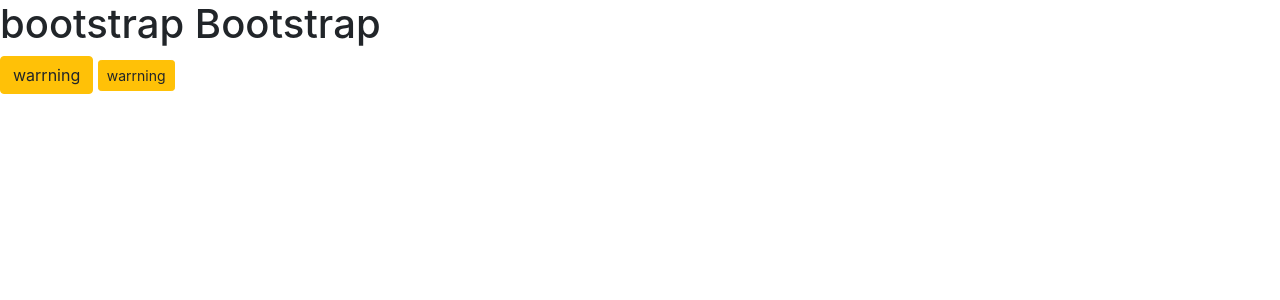
Repository: Mietlicha/exercise2
Page: index.html
These files come from the project's save history. The page is drawn as it stood at one moment and after the next save; the edit follows.
The browser window is 1280 px wide. The pictures show the whole page.

Above is the page before, as saved 2019-10-22 16:47:28.

### index.html
<!DOCTYPE html>
<html lang="en">
<head>
    <meta charset="UTF-8">
    <meta name="viewport" content="width=device-width, initial-scale=1.0">
    <meta http-equiv="X-UA-Compatible" content="ie=edge">
    <title>Document</title>
    <link rel="stylesheet" href="https://stackpath.bootstrapcdn.com/bootstrap/4.3.1/css/bootstrap.min.css" integrity="sha384-ggOyR0iXCbMQv3Xipma34MD+dH/1fQ784/j6cY/iJTQUOhcWr7x9JvoRxT2MZw1T" crossorigin="anonymous">

</head>
<body>
    <h1>bootstrap Bootstrap</h1>
    <button class="btn btn-warning">warrning</button>
    <button class="btn btn-warning btn-sm">warrning</button>
</body>
</html>

After the next save:
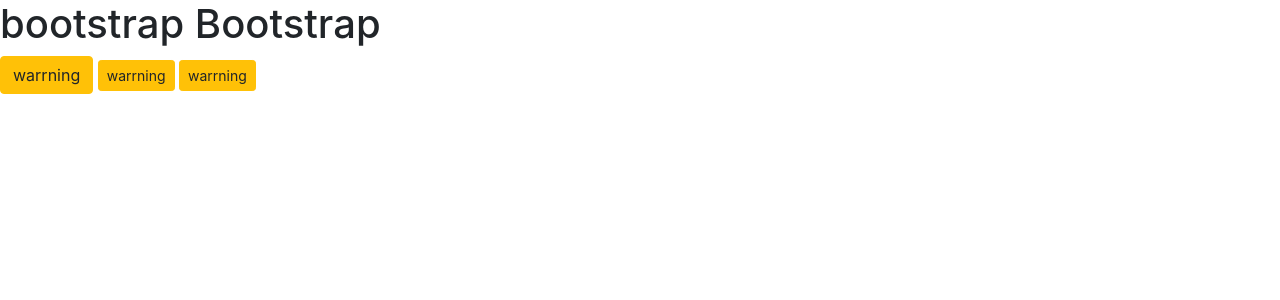
Saved 27 s later.
--- a/index.html
+++ b/index.html
@@ -12,5 +12,6 @@
     <h1>bootstrap Bootstrap</h1>
     <button class="btn btn-warning">warrning</button>
     <button class="btn btn-warning btn-sm">warrning</button>
+    <button class="btn btn-warning btn-sm btn-secondar">warrning</button>
 </body>
 </html>
